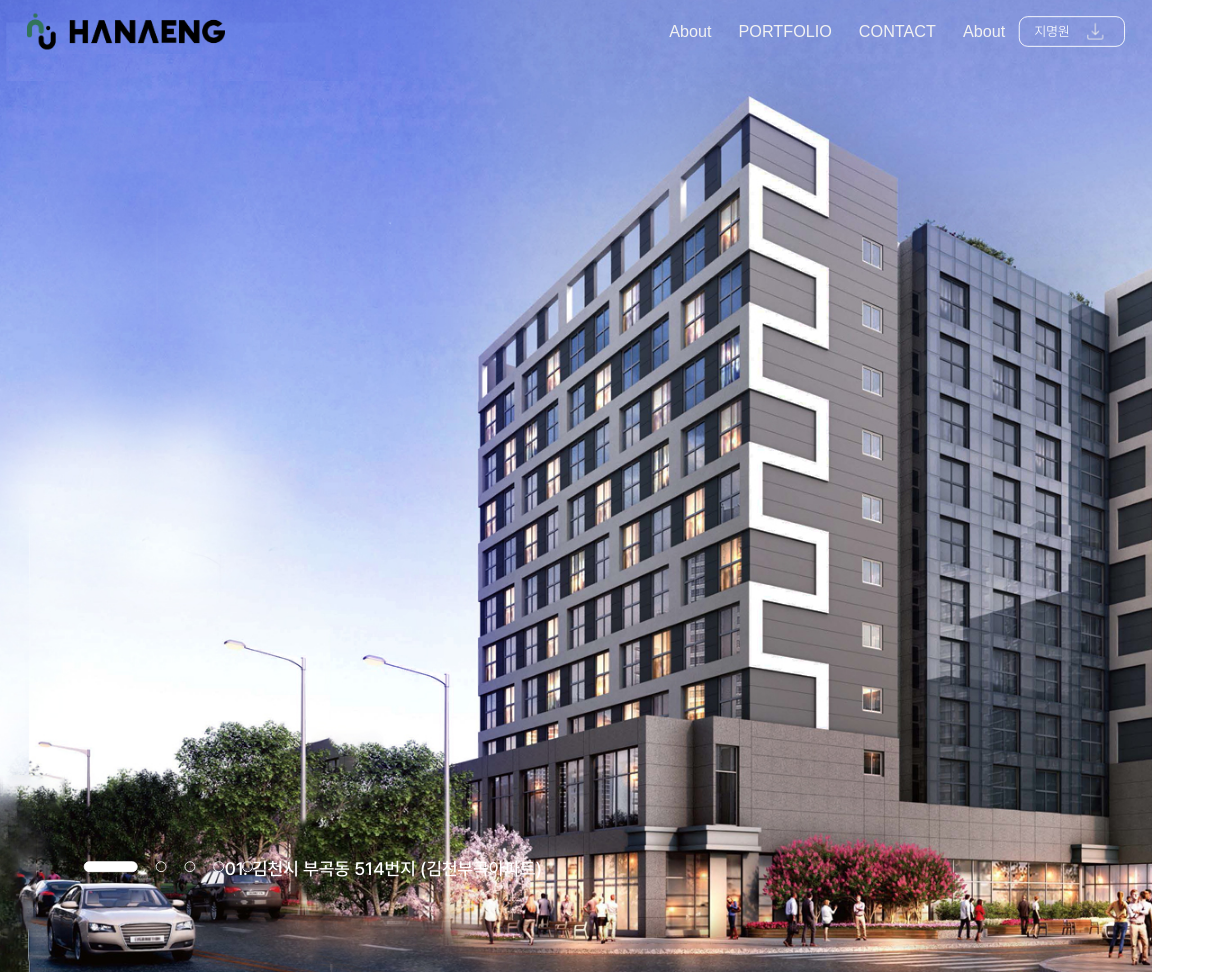
Repository: makeditWeb/hanaenc
Page: main.html
The author's editor kept a copy of each file at every save. The page is drawn from the files as they stood at one save, then again after the next save.
The browser window is 1280 px wide. The page is 1363 px wide, so the pictures cover 1363 px, including what lies to the right of the window. The pictures show the whole page, at 90% of full size.
Some web libraries are served in a nearby version.

Above is the page before, as saved 2023-07-05 20:27:43.

After the next save:
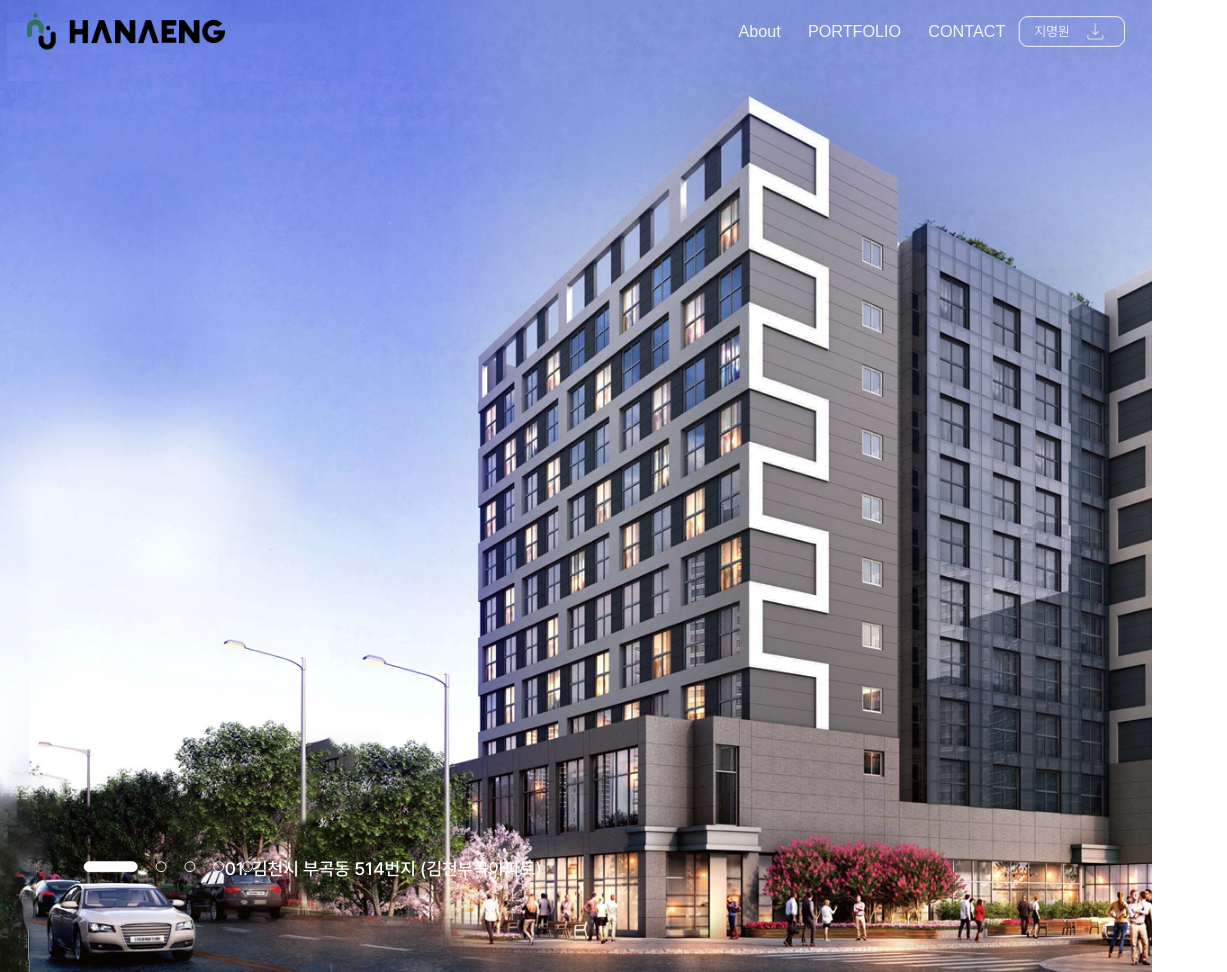
Saved 74 s later.
--- a/main.html
+++ b/main.html
@@ -20,9 +20,6 @@
                 <input type="radio" name="slider" id="close-btn">
                 <ul class="nav-links">
                     <label for="close-btn" class="btn close-btn"><i class="fas fa-times"></i></label>
-                    <li><a href="#">About</a></li>
-                    <li><a class="nav-link" href="/">PORTFOLIO</a></li>
-                    <li><a class="nav-link" href="/">CONTACT</a></li>
                     <li>
                         <a href="#" class="desktop-item">About</a>
                         <input type="checkbox" id="showDrop">
@@ -34,6 +31,9 @@
                             <li><a href="#">인증현황</a></li>
                         </ul>
                     </li>
+                    <li><a class="nav-link" href="/">PORTFOLIO</a></li>
+                    <li><a class="nav-link" href="/">CONTACT</a></li>
+
                     <li class="download_wrap">
                         <p>지명원</p>
                         <img src="./image/navbar_down_w.png">
